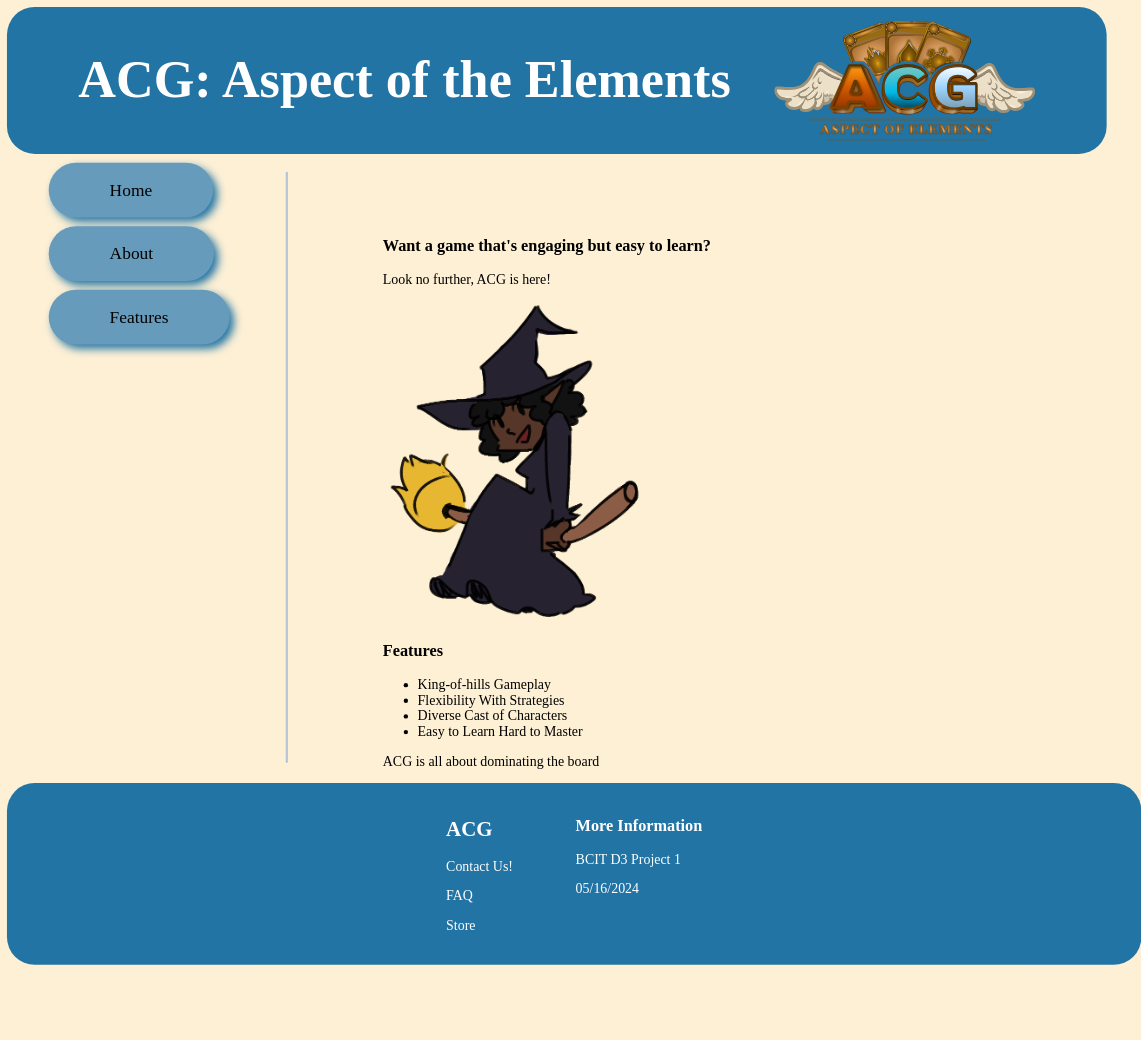
Repository: Delukalgh/ACG
Page: Features.html
The author's editor kept a copy of each file at every save. The page is drawn from the files as they stood at one save, then again after the next save.
The browser window is 1280 px wide. The page is 1312 px wide, so the pictures cover 1312 px, including what lies to the right of the window. The pictures show the whole page, at 87% of full size.

Above is the page before, as saved 2024-05-15 15:42:04.

After the next save:
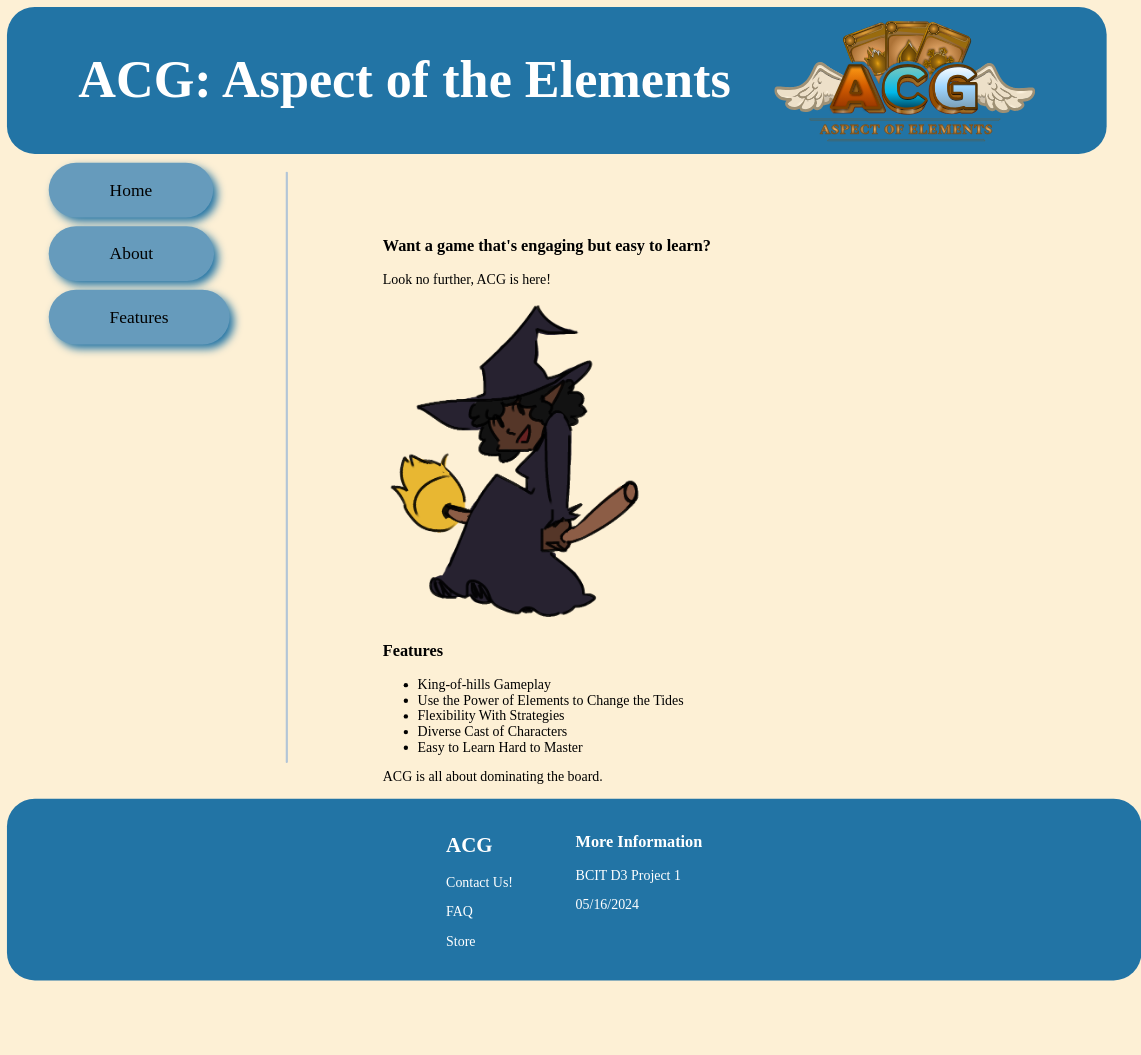
Saved 53 s later.
--- a/Features.html
+++ b/Features.html
@@ -48,12 +48,13 @@
         <h3>Features</h3>
         <ul>
           <li>King-of-hills Gameplay</li>
+          <li>Use the Power of Elements to Change the Tides</li>
           <li>Flexibility With Strategies</li>
           <li>Diverse Cast of Characters</li>
           <li>Easy to Learn Hard to Master</li>
         </ul>
 
-        <p>ACG is all about dominating the board</p>
+        <p>ACG is all about dominating the board. </p>
       </div>
     </div>
 
